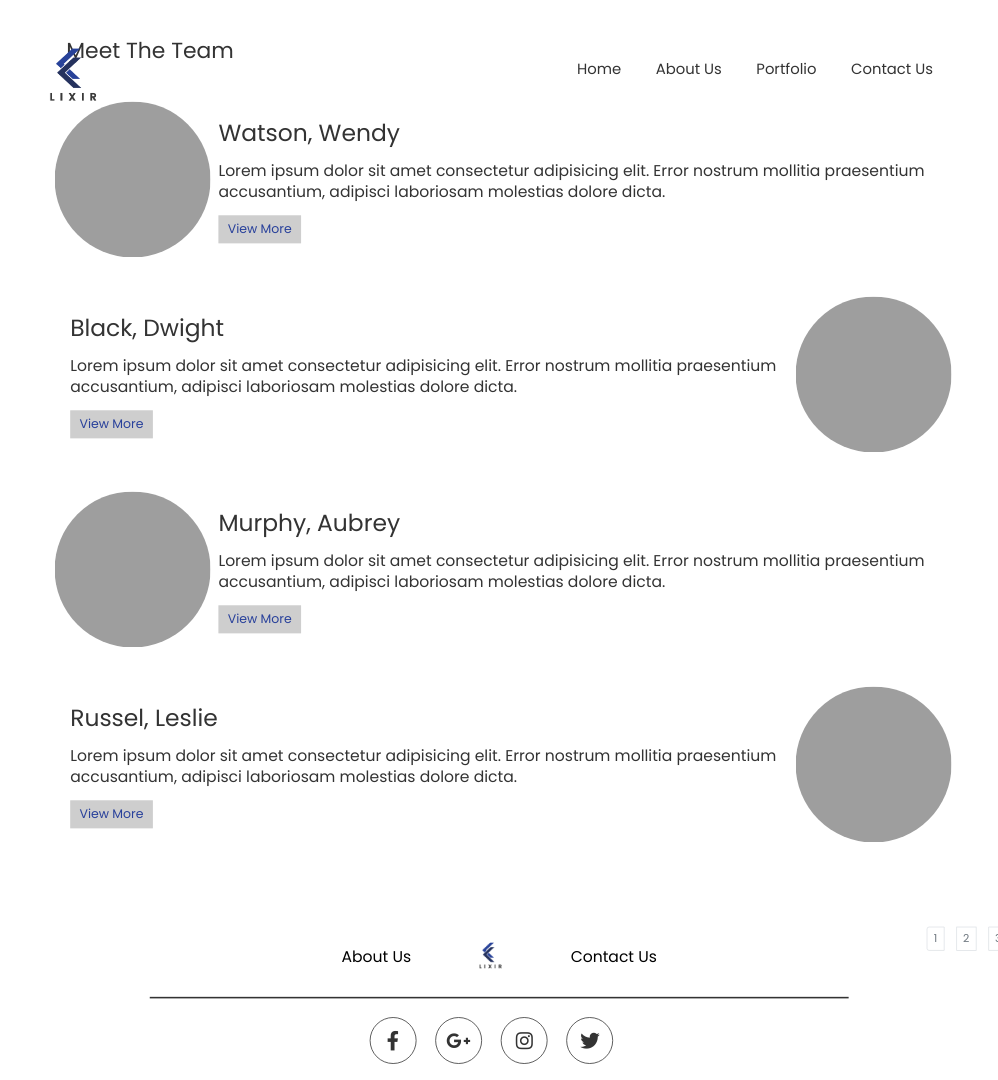
Repository: phiiileo/lit-page
Page: team-page.html
The author's editor kept a copy of each file at every save. The page is drawn from the files as they stood at one save, then again after the next save.
The browser window is 1280 px wide. The pictures show the whole page, at 78% of full size.
Pictures or frames that could not be fetched are drawn as grey boxes. Some web libraries are served in a nearby version.

Above is the page before, as saved 2019-12-04 22:40:43.

After the next save:
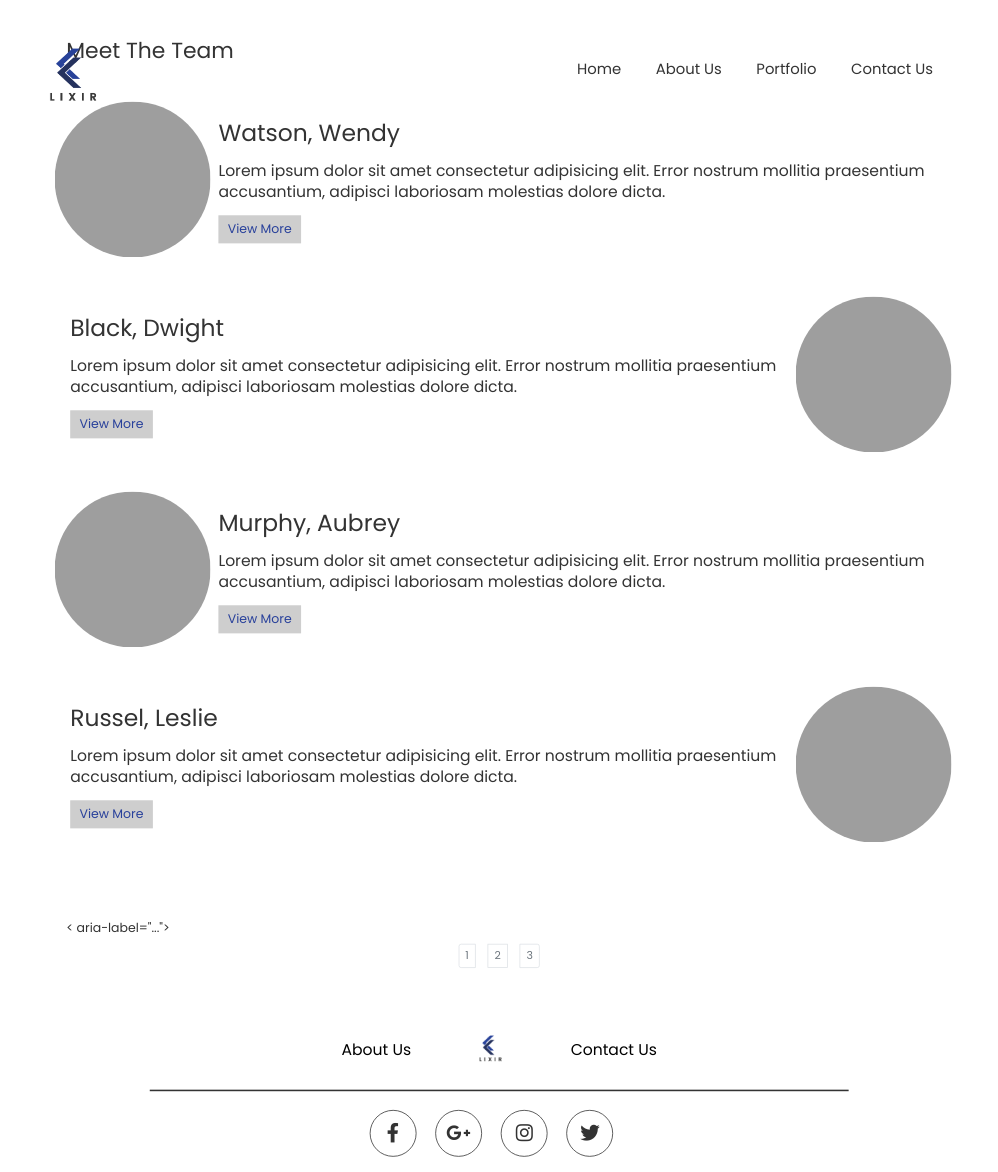
Saved 7 h 53 min later.
--- a/team-page.html
+++ b/team-page.html
@@ -131,7 +131,7 @@
 
         </div>
 
-        <nav aria-label="...">
+        < aria-label="...">
             <ul class="pagination pagination-sm justify-content-center">
                 <li class="page-item disabled m-2"><a class="page-link" href="#">1</a></li>
                 <li class="page-item disabled m-2"><a class="page-link" href="#">2</a></li>
